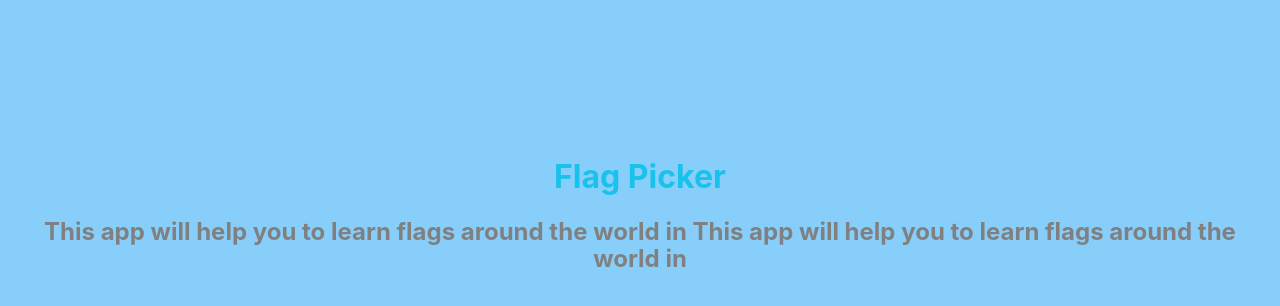
Repository: paras-shah/flag-app
Page: /
These files come from the project's save history. The page is drawn as it stood at one moment and after the next save; the edit follows.
The browser window is 1280 px wide. The pictures show the whole page.
The project was rebuilt for these pictures with package versions that can differ from the ones it lists, and the page was loaded fresh each time.

Above is the page before, as saved 2020-02-11 21:33:10.

### public/index.html
<!DOCTYPE html>
<html lang="en">
  <head>
    <meta charset="utf-8" />
    <link rel="icon" href="%PUBLIC_URL%/favicon.ico" />
    <meta name="viewport" content="width=device-width, initial-scale=1" />
    <meta name="theme-color" content="#000000" />
    <meta
      name="description"
      content="Web site created using create-react-app"
    />
    <link rel="apple-touch-icon" href="%PUBLIC_URL%/logo192.png" />
    <link href="https://fonts.googleapis.com/css?family=Roboto&display=swap" rel="stylesheet">
    <!--
      manifest.json provides metadata used when your web app is installed on a
      user's mobile device or desktop. See https://developers.google.com/web/fundamentals/web-app-manifest/
    -->
    <link rel="manifest" href="%PUBLIC_URL%/manifest.json" />
    <!--
      Notice the use of %PUBLIC_URL% in the tags above.
      It will be replaced with the URL of the `public` folder during the build.
      Only files inside the `public` folder can be referenced from the HTML.

      Unlike "/favicon.ico" or "favicon.ico", "%PUBLIC_URL%/favicon.ico" will
      work correctly both with client-side routing and a non-root public URL.
      Learn how to configure a non-root public URL by running `npm run build`.
    -->
    <title>Flag App</title>
  </head>
  <body>
    <noscript>You need to enable JavaScript to run this app.</noscript>
    <div id="root"></div>
    <!--
      This HTML file is a template.
      If you open it directly in the browser, you will see an empty page.

      You can add webfonts, meta tags, or analytics to this file.
      The build step will place the bundled scripts into the <body> tag.

      To begin the development, run `npm start` or `yarn start`.
      To create a production bundle, use `npm run build` or `yarn build`.
    -->
  </body>
</html>

### src/index.js
import React from 'react';
import ReactDOM from 'react-dom';

import './style/normalize.css';
import './style/index.css';

import App from './App';

ReactDOM.render(<App />, document.getElementById('root'));

### src/style/index.css

body {
  margin: 0;
  font-family: -apple-system, BlinkMacSystemFont, 'Segoe UI', 'Roboto', 'Oxygen',
    'Ubuntu', 'Cantarell', 'Fira Sans', 'Droid Sans', 'Helvetica Neue',
    sans-serif;
  -webkit-font-smoothing: antialiased;
  -moz-osx-font-smoothing: grayscale;
  background-color: lightskyblue;
}

.app-main{
  margin: 10% auto;
  padding: 10px;
  text-align: center;
}

h1{
  font-size: "30px";
  color: rgb(25, 194, 236);
}

h2{
  font-size: "20px";
  color: grey;
}

### src/App.js
import React from 'react';

// Components

// Config
import COPY from "./config/copy";
import data from "./config/continents.json";


class App extends React.Component {
  constructor(props) {
    super(props);

    this.state = {
      flagData: null,
      selectedContinent: null,
      selectedCountry: [],
    }
  }

  componentDidMount() {
    this.setState({ flagData: data });
  }


  render() {
    return (
      <main className="app-main">
        <header className="app-header">
          <h1>{COPY.HEADER_TEXT}</h1>
          <h2>{COPY.HEADER_SUBTEXT} <span> {COPY.HEADER_SUBTEXT} </span></h2>
        </header>

        <div className="app-content">
        </div>
      </main>
    );
  }
}

export default App;

### src/config/copy.js
export default {
    HEADER_TEXT : "Flag Picker",
    HEADER_SUBTEXT : "This app will help you to learn flags around the world in",
    HEADER_SUBTEXT_TWO : "3 steps",
};

### src/config/continents.json
[
	{
		"continent": "Africa",
		"countries": [
			{
				"name": "Nigeria",
				"flag": "🇳🇬"
			},
			{
				"name": "Ethiopia",
				"flag": "🇪🇹"
			},
			{
				"name": "Egypt",
				"flag": "🇪🇬"
			},
			{
				"name": "DR Congo",
				"flag": "🇨🇩"
			},
			{
				"name": "South Africa",
				"flag": "🇿🇦"
			}
		]
	},
	{
		"continent": "America",
		"countries": [
			{
				"name": "USA",
				"flag": "🇺🇸"
			},
			{
				"name": "Brazil",
				"flag": "🇧🇷"
			},
			{
				"name": "Mexico",
				"flag": "🇲🇽"
			},
			{
				"name": "Colombia",
				"flag": "🇨🇴"
			},
			{
				"name": "Argentina",
				"flag": "🇦🇷"
			}
		]
	},
	{
		"continent": "Asia",
		"countries": [
			{
				"name": "China",
				"flag": "🇨🇳"
			},
			{
				"name": "India",
				"flag": "🇮🇳"
			},
			{
				"name": "Indonesia",
				"flag": "🇮🇩"
			},
			{
				"name": "Pakistan",
				"flag": "🇵🇰"
			},
			{
				"name": "Bangladesh",
				"flag": "🇧🇩"
			}
		]
	},
	{
		"continent": "Europe",
		"countries": [
			{
				"name": "Russia",
				"flag": "🇷🇺"
			},
			{
				"name": "Germany",
				"flag": "🇩🇪"
			},
			{
				"name": "UK",
				"flag": "🇬🇧"
			},
			{
				"name": "France",
				"flag": "🇫🇷"
			},
			{
				"name": "Italy",
				"flag": "🇮🇹"
			}
		]
	},
	{
		"continent": "Oceania",
		"countries": [
			{
				"name": "Australia",
				"flag": "🇦🇺"
			},
			{
				"name": "Papua New Guinea",
				"flag": "🇵🇬"
			},
			{
				"name": "New Zealand",
				"flag": "🇳🇿"
			},
			{
				"name": "Fiji",
				"flag": "🇫🇯"
			},
			{
				"name": "Solomon Islands",
				"flag": "🇸🇧"
			}
		]
	}
]

Loaded but not shown: src/style/normalize.css (library)

After the next save:
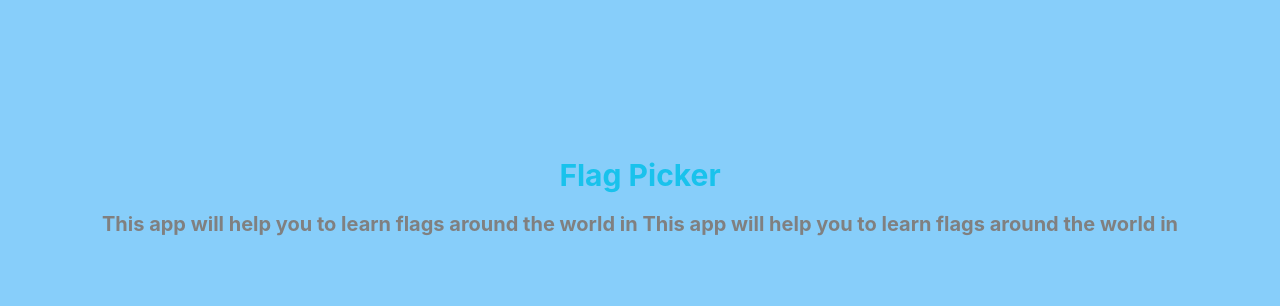
Saved 5 s later.
--- a/src/style/index.css
+++ b/src/style/index.css
@@ -16,11 +16,11 @@ body {
 }
 
 h1{
-  font-size: "30px";
+  font-size: 30px;
   color: rgb(25, 194, 236);
 }
 
 h2{
-  font-size: "20px";
+  font-size: 20px;
   color: grey;
 }
